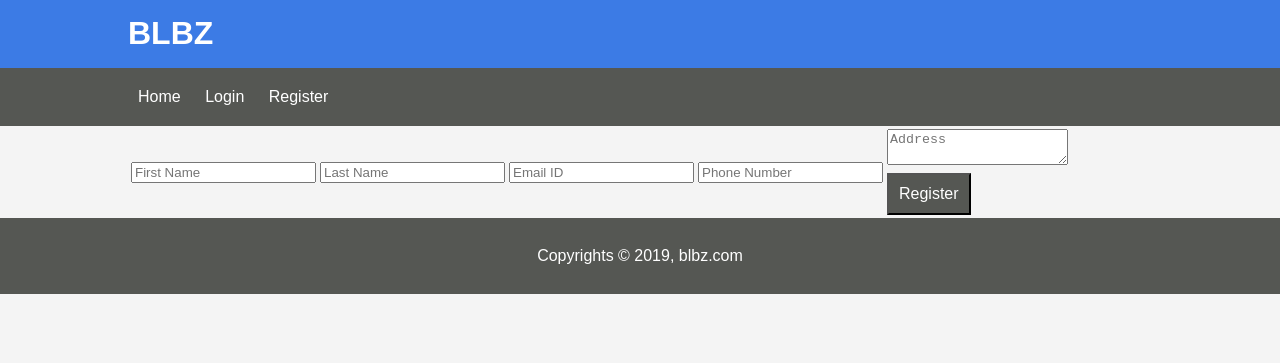
Repository: Kutty39/WebApps
Page: http://localhost/WebPageApp1/editpage.jsp
The author's editor kept a copy of each file at every save. The page is drawn from the files as they stood at one save, then again after the next save.
The browser window is 1280 px wide. The pictures show the whole page.
The page is served by Tomcat 9. Other server files are loaded and not shown.

Above is the page before, as saved 2019-12-09 13:09:20.

### LoginRegistrationPage/WebPageApp1/src/main/webapp/editpage.jsp
<%@ page language="java" contentType="text/html; charset=UTF-8"
	pageEncoding="UTF-8"%>
<!DOCTYPE html>
<html>
<head>
<title>My Page</title>
<link href="CSS/mycss.css" rel="stylesheet" type="text/css">
<script
	src="https://ajax.googleapis.com/ajax/libs/jquery/3.4.1/jquery.min.js"></script>
<script src="JS/myjs.js"></script>
</head>
<body>
	<header class="head">
		<div class="container">
			<h1>BLBZ</h1>
		</div>
	</header>
	<nav class="nav-bar">
		<div class="container">
			<ul>
				<li><a class="button home">Home</a></li>
				<li><a class="button login">Login</a></li>
				<li><a class="button register">Register</a></li>
				<li><a class="button data" hidden>Date Tab</a></li>
				<li><a class="button userprof" hidden>User Profile</a></li>
				<li><a class="button logout" hidden>Log Out</a></li>
			</ul>
		</div>
	</nav>
	<section class="main">
		<div id="ajx" class="container">
			<table>
				<tr>
					<td><input type="text" name="fname" placeholder="First Name"
						required="required"></td>
					<td><input type="text" name="lname" required="required"
						placeholder="Last Name"></td>
					<td>
						<p class="hd-lbl eid" hidden>*Mandatory field</p> <input
						type="text" id="eid" name="eid" required="required"
						placeholder="Email ID">
					</td>
					<td>
						<p class="hd-lbl phn" hidden>*Mandatory field</p> <input
						type="text" name="phn" required="required"
						placeholder="Phone Number">
					</td>
					<td><textarea name="adrs" required="required"
							placeholder="Address"></textarea> <input id="regBtn"
						class="button" type="submit" value="Register"></td>
				</tr>
			</table>
		</div>
	</section>
	<footer>
		<div class="container">Copyrights &copy; 2019, blbz.com</div>
	</footer>
</body>
</html>

### LoginRegistrationPage/WebPageApp1/src/main/webapp/CSS/mycss.css
@charset "UTF-8";
*{
	box-sizing: border-box;}
body {
	background-color: #f4f4f4;
	color: #555;
	font-family: Arial, Helvetica, sans-serif;
	font-size: 16px;
	line-height: 1.6em;
	margin: 0;
	background-color: #f4f4f4;
}

p.hd-lbl {
	padding: 0;
	margin: 0;
	width: 100%;
	font-family: monospace;
	line-height: 1rem;
}

.hd-lbl {
	color: red;
	font-size: 0.7rem;
}

.container {
	width: 80%;
	margin: auto;
	overflow: hidden;
}

.form-header {
	text-align: center;
	width: 100%;
	margin: auto;
	margin-bottom: 1em;
	padding: 1px;
	background-color: #f57900;
}

.form-container, .out-container {
	width: 50%;
	background-color: white;
	margin: auto;
	overflow: hidden;
	border: 1rem #ccc solid;
	padding: 2em;
}

.button {
	background-color: #555753;
	padding: 10px;
	color: white;
	font-size: 1em;
}

.my-form input[type="text"], .my-form textarea, .my-form input[type="password"]
	{
	width: 100%;
	padding: 0.5rem;
	margin-bottom: 0.5rem;
	font-size: 1em;
	box-sizing: border-box
}

.head {
	background: #3c7be5;
}

.head h1 {
	color: white;
}

.nav-bar {
	background-color: #555753;
}

.nav-bar ul {
	padding-left: 0;
	list-style: none;
	text-decoration: none;
	list-style: none;
}

.nav-bar li {
	display: inline;
}

.nav-bar a {
	text-decoration: none;
}

.nav-bar a:hover {
	background: white;
	color: black;
}

footer {
	background-color: #555753;
	color: white;
	text-align: center;
	padding: 2%;
}

@media ( max-width : 600px) {
	nav, article {
		width: 100%;
		height: auto;
	}
}
/* body{
	font: bold 100% Arial,Helvetica,sans-serif;
}
.btn {
	border-radius: 15px;
	padding: 5px;
	background: aqua;
}

.btn:hover {
	background-color: buttonface;
}

.box-1 {
	text-align:center;
	border-radius: 5px;
	background-color: #f2f2f2;
	padding: 5%;
	margin: auto;
	width: 80%
}
.box-1 h2{
	text-transform: capitalize;
	letter-spacing: 0.1em;
} */

### LoginRegistrationPage/WebPageApp1/src/main/webapp/JS/myjs.js
$(document).ready(function() {
	// this will bind the method for currently available elements
	$("a.button").click(loadpage);
	// this on method will bind the methods to future elements
	$("#ajx").on("blur","input[type!='submit']",($(this), mandChecker));
	$("#ajx").on("keyup","input[type!='submit']",($(this), mandChecker));
	$("#ajx").on("blur","#eid",check);
	$("#ajx").on("blur","#usr",check);
	$("#ajx").on("submit","#regForm",function(e){
		var s=true;
			$("p.hd-lbl").each(function() {
				if (this.style.display === "block") {
					s=false;
				}
			});
			if(s){
			$.ajax({
				type : "POST",
				url : "regestration",
				data :$("#regForm").serialize(),
				success : function(msg) {
					$("#ajx").html(msg);
				},
				dataType : "html"
			});
			}
			e.preventDefault();
	});


	$("#ajx").on("submit","#lgnForm",function(e){
		var s=true;
		$("#errormsg").hide();
		$("#successmsg").hide();
			$("p.hd-lbl").each(function() {
				if (this.style.display === "block") {
					s=false;
				}
			});
			if(s){
				$.post("login",$("#lgnForm").serialize(),function(msg) {
					if(msg.search("Login")<0){
						lognaction();}
						$("#ajx").html(msg);
					});
				}
		e.preventDefault();
	});


	$("#ajx").on("submit","#profForm",function(e){
		let s = true;
		$("p.hd-lbl").each(function() {
			if (this.style.display === "block") {
				s=false;
				return;
			}
		});
		if(s){
			$.post("update",$("#profForm").serialize(),function(msg) {
				alert(msg);
			});
		}
		 e.preventDefault();
	});

});

function lognaction(){
	$("a.button").each(function(){
		if($(this).attr('class').indexOf("home")<=0){
		$(this).toggle();}
	});
}
function logconfirm(){
	$("a.button.login").hide()
	$("a.button.register").hide();
	$("a.button.userprof").show();
	$("a.button.logout").show();
}


function loadpage() {
	var cls = $(this).attr("class").replace("button ","");
	console.log(cls.replace("button ",""));
	$.ajax({
		type : "post",
		url : "switchpage",
		data : {"page" : cls},
		success : function(msg) {
			if(cls=="logout"){
				lognaction();
			}
			$("#ajx").html(msg);
		},
		dataType : "html"
	});
}

function check(){
	var obj=$(this);
	if(obj!=null){
	$.ajax({
		type : "post",
		url : "validate",
		data : {"email":obj.val()},
		success : function(msg) {
			if(msg==="true"){
				if(obj.attr("name")==="eid"){
				$(".hd-lbl.eid").text("*Email alread exists.");
				$(".hd-lbl.eid").show();
				}if(obj.attr("name")==="username"){
					$(".hd-lbl.username").hide();
				}
			}else{
				if(obj.attr("name")==="username"){
					$(".hd-lbl.username").text("*Email is not exists. please register and come back");
					$(".hd-lbl.username").show();
				}else if(obj.attr("name")==="eid"){
					$(".hd-lbl.eid").hide();
				}
			}
		}
	});
	}
}

function mandChecker(element) {
	var val = element.target.value;
	var name = element.target.name;
	var obj = $(".hd-lbl." + name);
	if (val === "") {
		obj.show();
	} else {
		obj.show();
		var regx = "";
		if (name === "phn") {
			regx = /^\d{10}$/;
			if (regx.test(val)) {
				obj.hide();
			} else {
				obj.text("* Phone number should be 10 digit");
			}
		} else if (name === "eid") {
			regx = /^[a-zA-z\d._-]+\@[a-zA-Z\d.-]+\.[a-zA-Z]{2,4}$/;
			if (regx.test(val)) {
				obj.hide();
			} else {
				obj.text("* Please enter valid email.");
			}
		} else if (name === "pas") {
			regx = /^((?=.*[a-z])(?=.*[A-Z])(?!.*\s)(?=.*[@$!%*?&])).{8,15}$/;
			if (regx.test(val)) {
				obj.hide();
			} else {
				obj.show();
			}
		} else if (name === "conpas") {
			var ps = $("input[name='pas']").val();
			if (val === ps) {
				obj.hide();
			} else {
				obj.show();
			}
		} else {
			obj.hide();
		}
	}
}

After the next save:
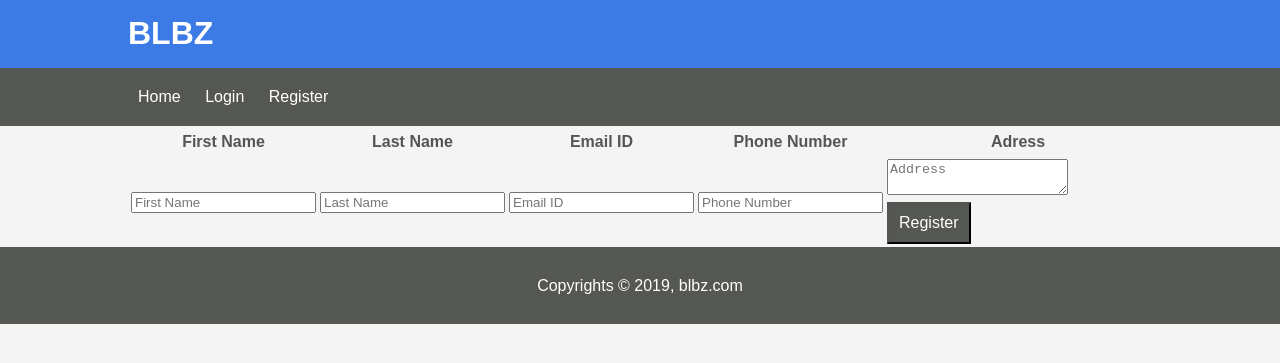
Saved 95 s later.
--- a/LoginRegistrationPage/WebPageApp1/src/main/webapp/editpage.jsp
+++ b/LoginRegistrationPage/WebPageApp1/src/main/webapp/editpage.jsp
@@ -30,6 +30,13 @@
 	<section class="main">
 		<div id="ajx" class="container">
 			<table>
+			<tr>
+			<th>First Name</th>
+			<th>Last Name</th>
+			<th>Email ID</th>
+			<th>Phone Number</th>
+			<th>Adress</th>
+			</tr>
 				<tr>
 					<td><input type="text" name="fname" placeholder="First Name"
 						required="required"></td>
